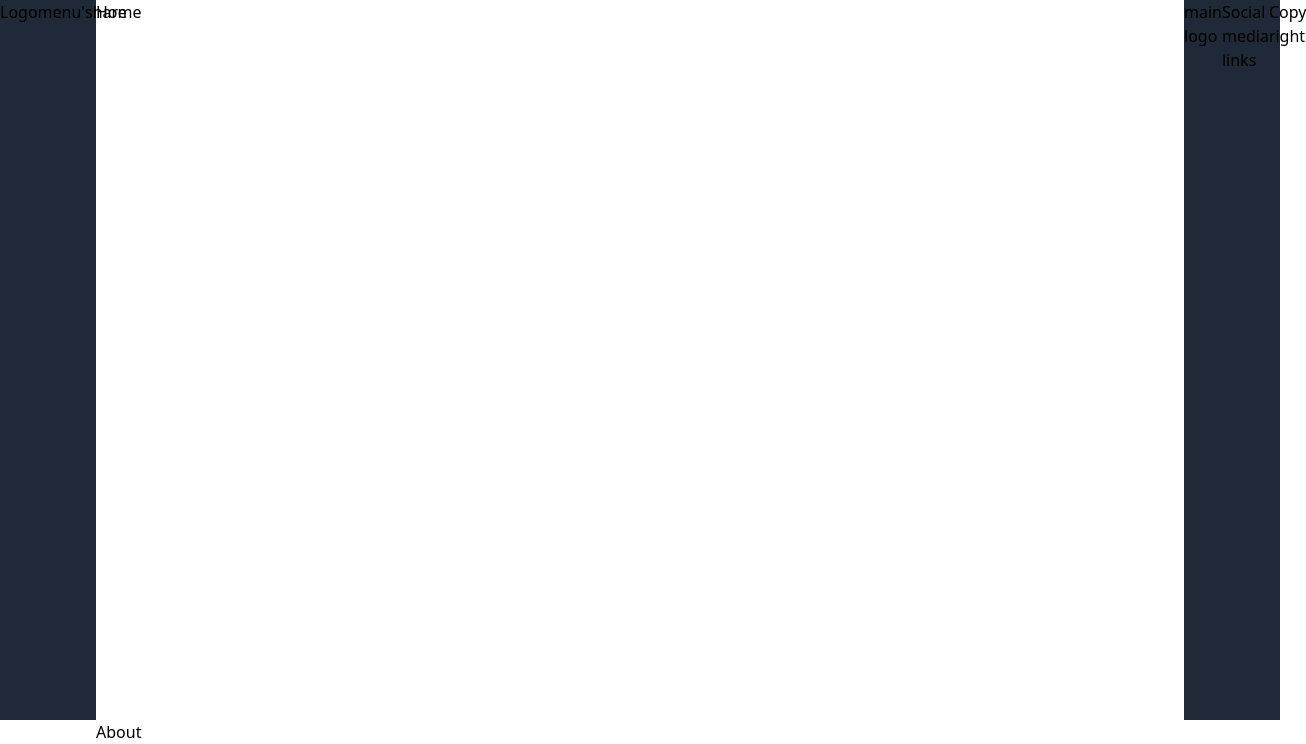
Repository: linco6054/template-tailwindcss
Page: index.html
An editor plug-in stored every save of this project. The page is shown before and after the next save, followed by the edit.
The browser window is 1280 px wide. The page is 1306 px wide, so the pictures cover 1306 px, including what lies to the right of the window. The pictures show the whole page.

Above is the page before, as saved 2021-08-17 14:17:52.

After the next save:
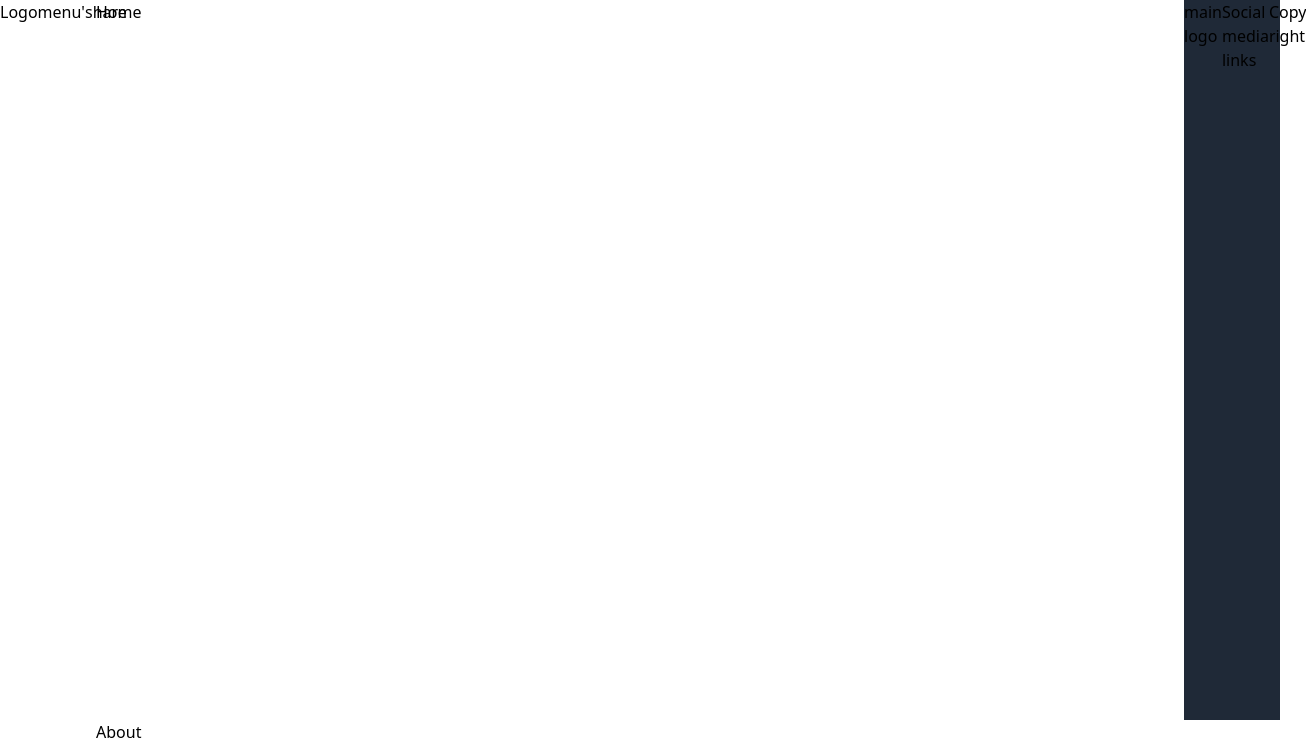
Saved 7 s later.
--- a/index.html
+++ b/index.html
@@ -13,7 +13,7 @@
   </head>
   <body class="max-w-full h-auto flex flex-col md:flex-row">
     <!-- nav -->
-    <nav class="bg-gray-800 h-20 flex w-full md:w-24 md:h-screen">
+    <nav class="oeverflobg-gray-800 h-20 flex w-full md:w-24 md:h-screen">
       <span>Logo</span>
       <span>menu</span>'
       <span>share</span>
